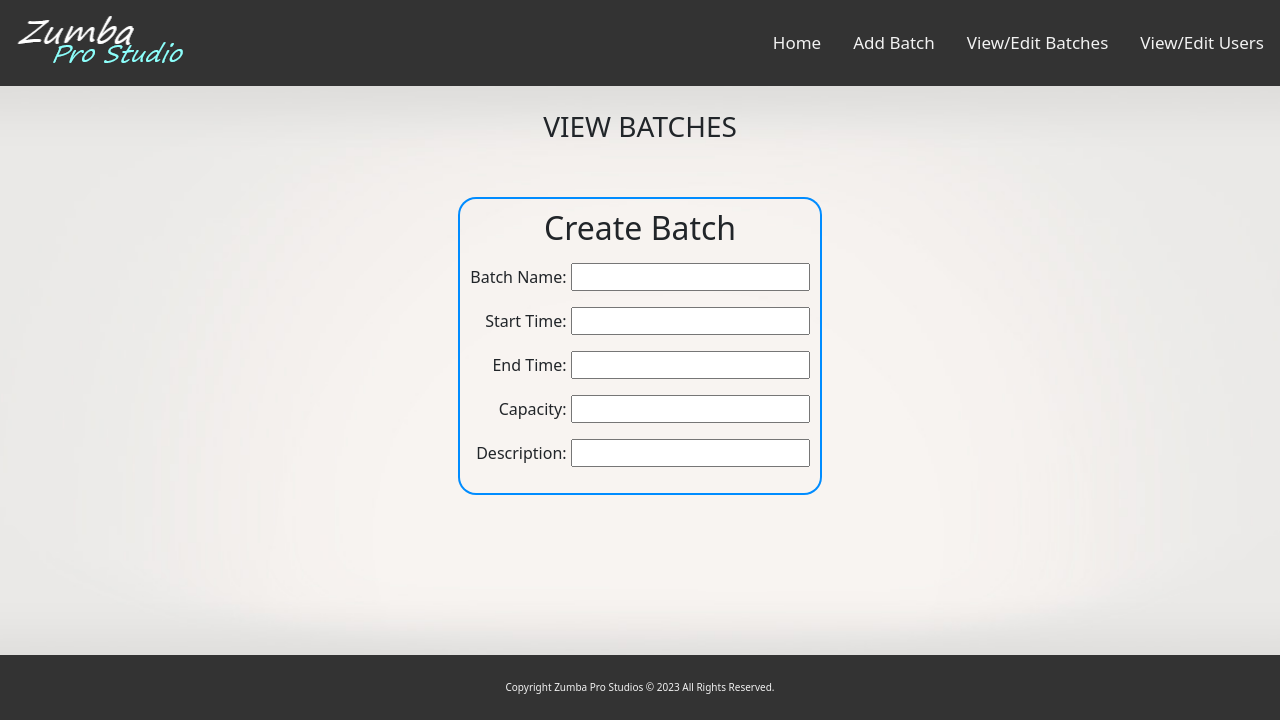
Repository: basemsamuel/Zumba
Page: http://localhost/ZumbaProStudio/admin.jsp
An editor plug-in stored every save of this project. The page is shown before and after the next save, followed by the edit.
The browser window is 1280 px wide. The pictures show the whole page.
The page is served by Tomcat 10. Other server files are loaded and not shown.

Above is the page before, as saved 2023-07-31 01:58:26.

### ZumbaProStudio/src/main/webapp/admin.jsp
<jsp:include page="adminheader.jsp"></jsp:include>
<div class="mycontainer">
	<div align="center">
	<br>
	<h3>VIEW BATCHES</h3>
	<br>
	<br>
	<div>
		<table class="formtable">
			<tr>
				<td style="padding: 10px;">
					<div class='center'>
						<form style="width: 100%;" action="Login" method = "POST">
						    <h2>Create Batch</h2>
						    <div>
						        <p>
							        <div class='right'>
							            <label for="name">Batch Name:</label>
							            <input type="text" id="name" name="name">
							        </div>
						        </p>
						    </div>

						    <div>
						        <p>
							        <div class='right'>
							            <label for="stime">Start Time:</label>
							            <input type="text" id="stime" name="stime">
							        </div>
						        </p>
						    </div>


						    <div>
						        <p>
							        <div class='right'>
							            <label for="etime">End Time:</label>
							            <input type="text" id="etime" name="etime">
							        </div>
						        </p>
						    </div>

						    <div>
						        <p>
							        <div class='right'>
							            <label for="capacity">Capacity:</label>
							            <input type="number" id="capacity" name="capacity">
							        </div>
						        </p>
						    </div>

						    <div>
						        <p>
							        <div class='right'>
							            <label for="description">Description:</label>
							            <input type="number" id="description" name="description">
							        </div>
						        </p>
						    </div>
						</form>
					</div>

				</td>
			</tr>
		</table>
		<br>
		<div class="emsg">
			<p>
				${listerrorMessage}
			</p>
		</div>
	</div>
</div>

<jsp:include page="footer.jsp"></jsp:include>

### ZumbaProStudio/src/main/webapp/adminheader.jsp
<html lang="en">

<head>
    <meta charset="UTF-8">
    <meta http-equiv="X-UA-Compatible" content="IE=edge">
    <meta name="viewport" content="width=device-width, initial-scale=1.0">
    <title>Document</title>
    <link href="https://cdn.jsdelivr.net/npm/bootstrap@5.1.3/dist/css/bootstrap.min.css" rel="stylesheet" integrity="sha384-1BmE4kWBq78iYhFldvKuhfTAU6auU8tT94WrHftjDbrCEXSU1oBoqyl2QvZ6jIW3" crossorigin="anonymous">
    <link rel="stylesheet" type="text/css" href="css/styles.css" />
</head>

<body>
	 <div class="topnav">
		<img src="images/logo.png" alt="Zumba Pro Studio">
		<!-- <a class="active" href="#home">Home</a> -->
		<a href="adminusers.jsp">View/Edit Users</a>
		<a href="admin.jsp">View/Edit Batches</a>
		<a href="addbatch.jsp">Add Batch</a>
		<a href="index.jsp">Home</a>
	</div>

### ZumbaProStudio/src/main/webapp/footer.jsp
<footer>
	Copyright Zumba Pro Studios © 2023 All Rights Reserved.
</footer>
</body>
</html>

### ZumbaProStudio/src/main/webapp/css/styles.css
		.topnav {
			 background-color: #333;
			 overflow: hidden;
				}

		/* Style the links inside the navigation bar */
		.topnav a {
			 float: right;
			 color: #f2f2f2;
			 text-align: center;
			 padding: 30px 16px;
			 text-decoration: none;
			 font-size: 17px;
		}

		.topnav img {
			 float: left;
			 color: #f2f2f2;
			 text-align: center;
			 padding: 14px 16px;
			 text-decoration: none;
			 font-size: 17px;
			 height: 80px;
		}

		/* Change the color of links on hover */
		.topnav a:hover {
			 background-color: #ddd;
			 color: black;
		}

		/* Add a color to the active/current link */
		.topnav a.active {
			 background-color: #04AA6D;
			 color: white;
		}

		footer {
		    background-color: #333;
		    color: #f2f2f2;
		    grid-area: footer;
		    width: 100%;
		    position: absolute;
  			bottom: 0;
  			padding: 25px;
  			text-align: center;
  			font-size: 10px;
		}

		.centerimage {
			height: 100%;
			width: auto;
			display: block;
			margin-left: auto;
			margin-right: auto;

		}

		.center {
			text-align: center;
		}
		.right {
			text-align: right;
		}

		.formtable {
			border-collapse: collapse;
			border-radius: 16px;
			box-shadow: 0 0 0 2px rgb(0, 140, 255);
		}

		.mycontainer {
			height: calc(100% - 150px);
			width: 100%;
			background-image: url('../images/bg.jpg');
			background-color: #333; /* Used if the image is unavailable */
			background-position: center; /* Center the image */
			background-repeat: no-repeat; /* Do not repeat the image */
			background-size: cover; /* Resize the background image to cover the entire container */
		}

		.emsg {
			font-size: 13px;
			color: #FF0000;
		}

After the next save:
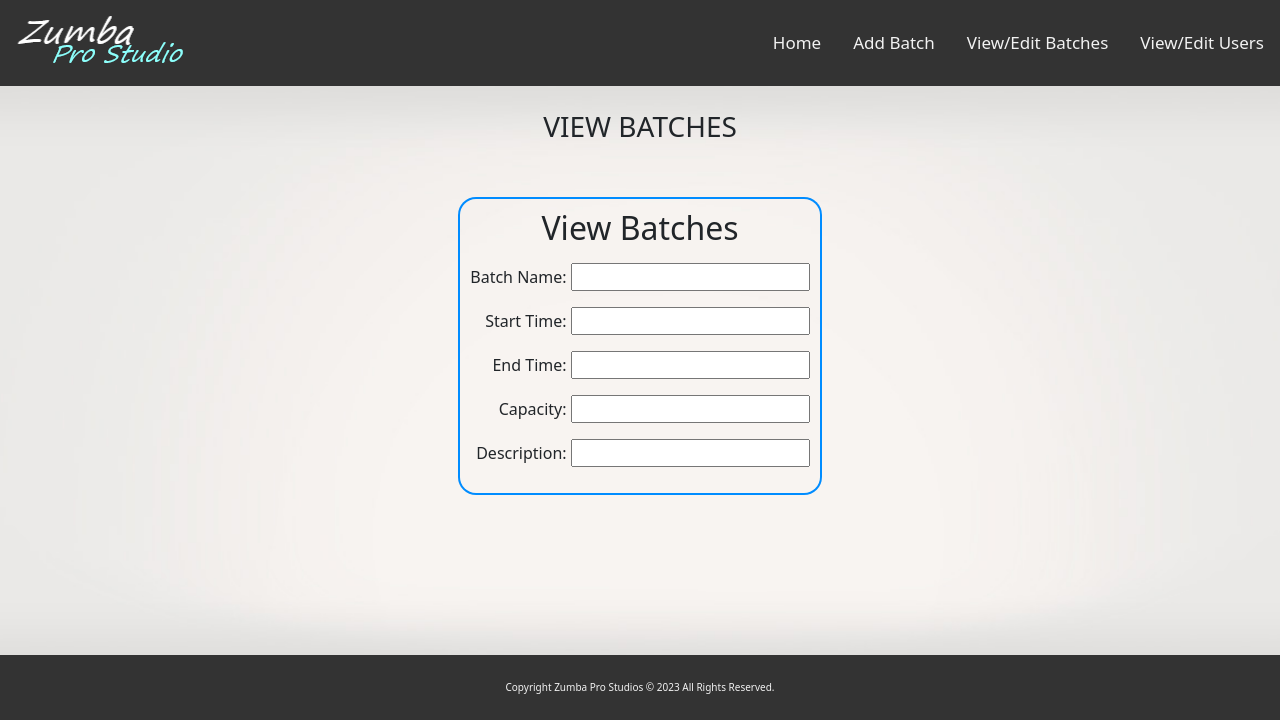
Saved 100 s later.
--- a/ZumbaProStudio/src/main/webapp/admin.jsp
+++ b/ZumbaProStudio/src/main/webapp/admin.jsp
@@ -11,7 +11,8 @@
 				<td style="padding: 10px;">
 					<div class='center'>
 						<form style="width: 100%;" action="Login" method = "POST">
-						    <h2>Create Batch</h2>
+						    <h2>View Batches</h2>
+						    <input type="hidden" name="htmlFormName" value="ViewBatches" />
 						    <div>
 						        <p>
 							        <div class='right'>
